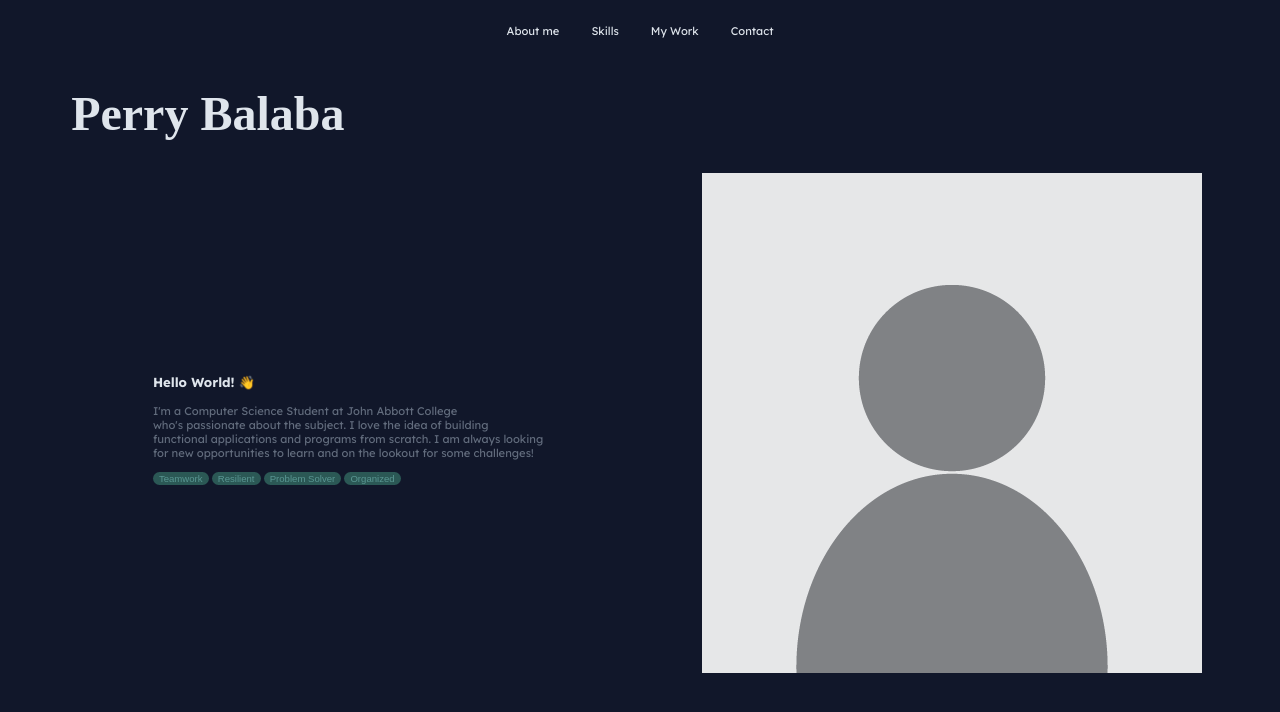
Repository: perrybalaba/perrybalaba
Page: index.html
The author's editor kept a copy of each file at every save. The page is drawn from the files as they stood at one save, then again after the next save.
The browser window is 1280 px wide. The pictures show the whole page.
Some web fonts or font styles are not loaded; a fallback is used.

Above is the page before, as saved 2026-04-24 18:33:24.

### index.html
<!DOCTYPE html>
<html lang="en">
<head>
    <meta charset="UTF-8">
    <meta name="viewport" content="width=device-width, initial-scale=1.0">
    <title>Perry's Portfolio</title>
    <link rel="stylesheet" href="./styles/globals.css"/>
    <link rel="stylesheet" href="./styles/index.css"/>
</head>

<body>
    <main>
        <!-- NAVIGATION BAR -->
        <!-- 👇 TO CHANGE: href -->
        <nav class="Nav-Bar">
            <ul>
                <li><a href="./index.html"> About me </a></li>
                <li><a href="./index.html"> Skills </a></li>
                <li><a href="./index.html"> My Work </a></li>
                <li><a href="./index.html"> Contact </a></li>
            </ul>
        </nav>

        <!-- PAGE HEADER -->
        <header class="Home-Header">
            <h1> Perry Balaba </h1>
        </header>

        <!-- INFORMATION ABOUT ME -->
        <div class ="Info">
            <div class ="Description">
                <h3> Hello World! 👋 </h3>
                <p> I'm a Computer Science Student at John Abbott College <br>
                    who's passionate about the subject. I love the idea of building <br>
                    functional applications and programs from scratch. I am always looking <br>
                    for new opportunities to learn and on the lookout for some challenges!
                </p>

                <!-- SOFT SKILLS -->
                <button type="button" class="Soft-Skills" disabled> Teamwork </button>
                <button type="button" class="Soft-Skills" disabled> Resilient </button>
                <button type="button" class="Soft-Skills" disabled> Problem Solver </button>
                <button type="button" class="Soft-Skills" disabled> Organized </button>
            </div>

            <!-- IMAGE -->
            <!-- 👇 TO CHANGE: Image -->
            <img class="My-Photo" src="./assets/images/blank.png"/>
        </div>
    </main>
</body>
</html>

### styles/globals.css
/* FONTS */
@font-face {
    font-family: "NotoSans";
    src: url(../assets/fonts/Noto_Sans/NotoSans-VariableFont_wdth\,wght.ttf);
}

@font-face {
    font-family: "Lexend";
    src: url(../assets/fonts/Lexend_Deca\,Noto_Sans/Lexend_Deca/LexendDeca-VariableFont_wght.ttf);
}

.Home-Header {
    font-family: "NotoSans";
}

.Nav-Bar {
    font-family: "Lexend";
    color: #dfe5ec;
}

main {
    font-family: "Lexend";
}

/* DESKTOP AND TABLET LAYOUTS */
@media only screen and (min-width: 992px) {
    .Info {
        grid-template-columns: 2fr 2fr;
        align-items: center;
        padding: 0%;
        margin-left: 5%;
        gap: 5%;
    }
}

/* COLOR PALETTE */
body {
    background-color: #11172a;
    color: #626c7d;
}

nav ul li a {
    color: #dfe5ec;
}

h1 {
    color: #dfe5ec
}

h3 {
    color: #dfe5ec;
}

.Soft-Skills {
    color: #599692;
    background-color: #2b5855;
}

### styles/index.css
/* NAVIGATION BAR */
nav ul {
    list-style-type: none;
    margin: 0;
    padding: 0;
    display: flex;
    justify-content: center;
}

nav ul li {
    float: center;
}

nav ul li a {
    display: block;
    text-align: center;
    padding: 1rem;
    text-decoration: none;
    font-size: 0.7rem;
}

nav ul li a:hover {
    transform: scale(1.15);
}

/* CONTENT */
.Home-Header {
    padding: 0;
    font-size: 1.5rem;
    margin-left: 5%;
}

.Info {
    display: grid;
    grid-template-columns: 2fr 2fr;
    align-items: center;
    padding: 0%;
    margin-left: 5%;
    gap: 5%;
}

.Description {
    text-align: left;
    font-size: 0.7rem;
    min-width: 407px;
    min-height: 124px;
    margin-inline: auto;
}

/* IMAGE */
.My-Photo {
    display: block;
    max-width: 100%;
    height: auto;
}

/* NON-FUNCTIONAL BUTTONS */
.Soft-Skills {
    text-align: center;
    display: inline-block;
    border-radius: 2vw;
    transition-duration: 0.2s;
    max-width: 100%;
    height: 10%;
    font-size: 0.6rem;
    border: none;
    outline: none;
}

.Soft-Skills:hover {
    transform: scale(1.15);
    background-color: aliceblue;
}

After the next save:
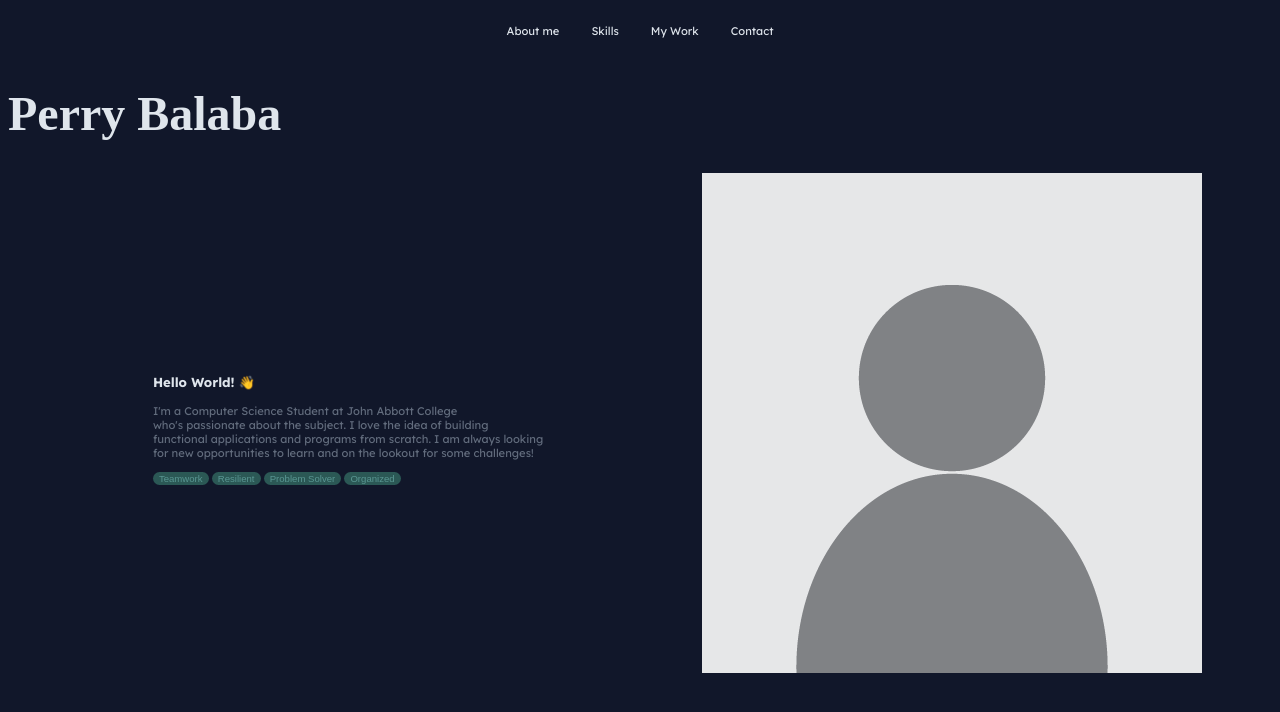
Saved 18 s later.
--- a/styles/index.css
+++ b/styles/index.css
@@ -27,7 +27,7 @@
 .Home-Header {
     padding: 0;
     font-size: 1.5rem;
-    margin-left: 5%;
+    margin-inline: auto;
 }
 
 .Info {

After the save that followed:
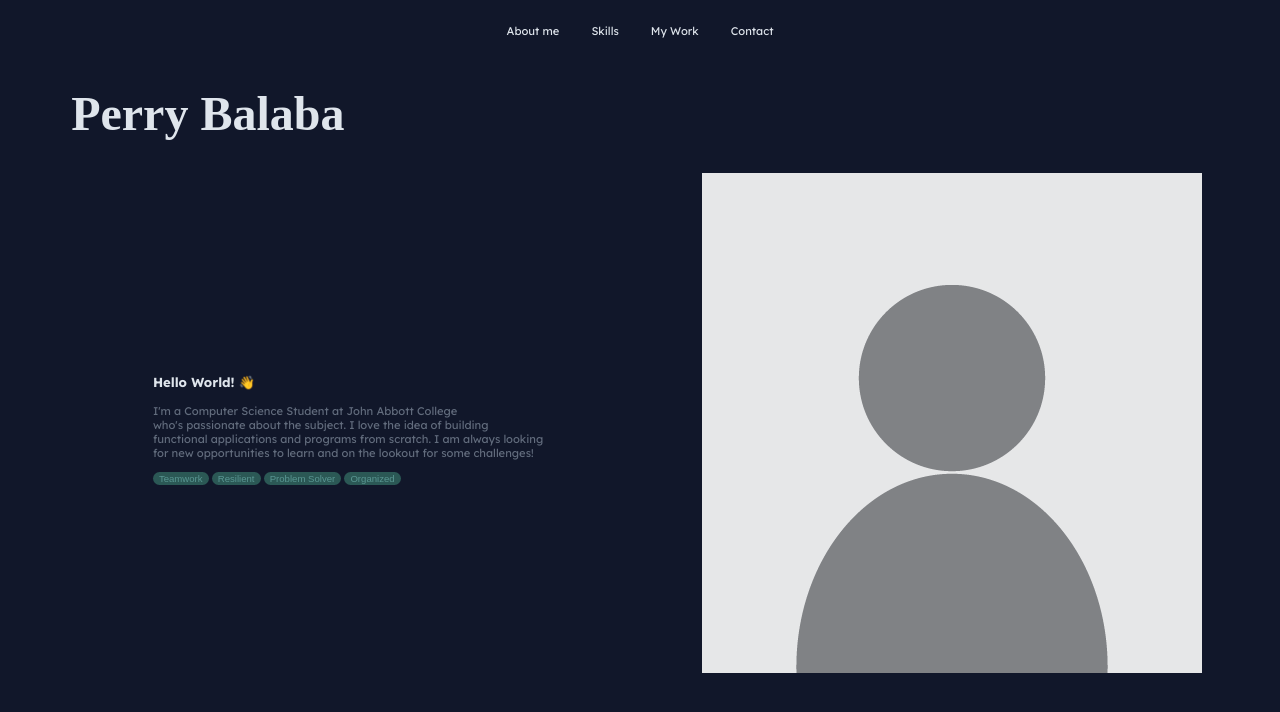
Saved 16 s later.
--- a/styles/index.css
+++ b/styles/index.css
@@ -27,7 +27,7 @@
 .Home-Header {
     padding: 0;
     font-size: 1.5rem;
-    margin-inline: auto;
+    margin-left: 5%;
 }
 
 .Info {
